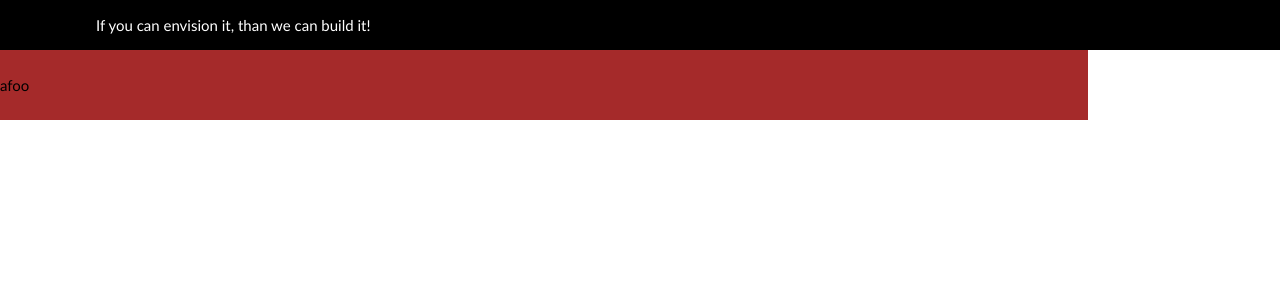
Repository: samuelsemako/Zose.com
Page: http://localhost/
These files come from the project's save history. The page is drawn as it stood at one moment and after a run of saves; the edit follows.
The browser window is 1280 px wide. The pictures show the whole page.
Some web fonts or font styles are not loaded; a fallback is used. The page is run by PHP 8.4 with error messages shown; the project is at /var/www/html/.

Above is the page before, as saved 2024-05-16 18:18:09.

### index.php
<!DOCTYPE html PUBLIC "-//W3C//DTD XHTML 1.0 Transitional//EN" "http://www.w3.org/TR/xhtml1/DTD/xhtml1-transitional.dtd">
<html xmlns="http://www.w3.org/1999/xhtml" lang="en">
<head>
	<?php include "meta.php"?>
	<title>ZOSE</title>
</head>
<body>
    <header>
		<div class="top-div">
			<div class="inner-div">
				<div><p>If you can envision it, than we can build it!</p></div>
				<div class="icon-div">
					<a href="#" title="facebook">
					<i class="bi-facebook"></i></a>
					<a href="#" title="twitter">
					<i class="bi-twitter"></i></a>
					<a href="#" title="instagram">
					<i class="bi-instagram"></i></a>
					<a href="#" title="youtube">
					<i class="bi-youtube"></i></a>
				</div>
			</div>
		</div>

		<div class="bottom-div">
			afoo
		</div>
	</header>

</body>
</html>

### meta.php
<meta http-equiv="Content-Type" content="text/html; charset=utf-8" />
<meta name="viewport" content="width=device-width, initial-scale=1.0">

<link rel="stylesheet" type="text/css" href="styles/main.css">
<link rel="shortcut icon" type="image-png" href="all-images/images/icon.png">
<link href="styles/icons-1.10.2/font/bootstrap-icons.css" type="text/css" rel="stylesheet" >

<script type="text/javascripts" src="js/scripts.js"></script>

### styles/main.css
/* Paramount */
body{
    background: #ffffff;
    font-family: 'Trebuchet MS', 'Lucida Sans Unicode', 'Lucida Grande', 'Lucida Sans', Arial, sans-serif;
    font-size: 15px;
    padding: 0px;
    margin: 0px;
}

h1, h2, h3, h4, h5, h6{
    font-family: Verdana, Geneva, Tahoma, sans-serif;
}

a{
    text-decoration: none;
    color: inherit;
}
button{
    font-family: 'Trebuchet MS', 'Lucida Sans Unicode', 'Lucida Grande', 'Lucida Sans', Arial, sans-serif;
}

input{
    font-family: 'Trebuchet MS', 'Lucida Sans Unicode', 'Lucida Grande', 'Lucida Sans', Arial, sans-serif;
}

p{
    margin: 0px;
    padding: 0px;
}



/* header style */

header{
    background: #fff;
    min-height: 70px;
    display: flex;
    flex-direction: column;
}

header .top-div{
    background: #000;
    min-height: 50px;
    width: 100%;
    display: flex;
    justify-content: center;
}

header .top-div .inner-div{
    width: 85%;
    min-height: 40px;
    display: flex;
    align-items: center;
    justify-content: space-between;
    color: #fff;
}

header .top-div .inner-div .icon-div{
    display: flex;
    gap: 15px;
    font-size: 18px;
}


header .top-div .inner-div .icon-div i{
    cursor: pointer;
}


header .bottom-div{
    min-height: 70px;
    width: 85%;
    background: brown;
    display: flex;
    align-items: center;
    justify-content: sap;
}

Loaded but not shown: styles/icons-1.10.2/font/bootstrap-icons.css (library)

After the next 2 saves:
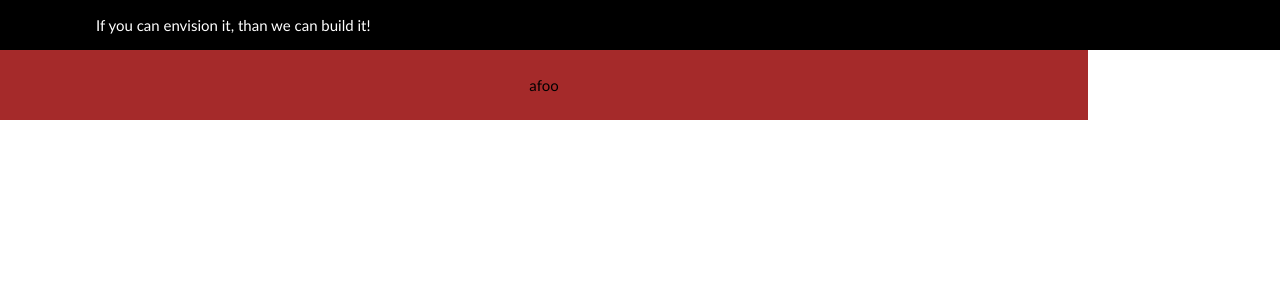
The 2 saves are shown as one change because they came seconds apart.
The last was saved 12 s later.
--- a/styles/main.css
+++ b/styles/main.css
@@ -74,5 +74,5 @@ header .bottom-div{
     background: brown;
     display: flex;
     align-items: center;
-    justify-content: sap;
+    justify-content: center;
 }
